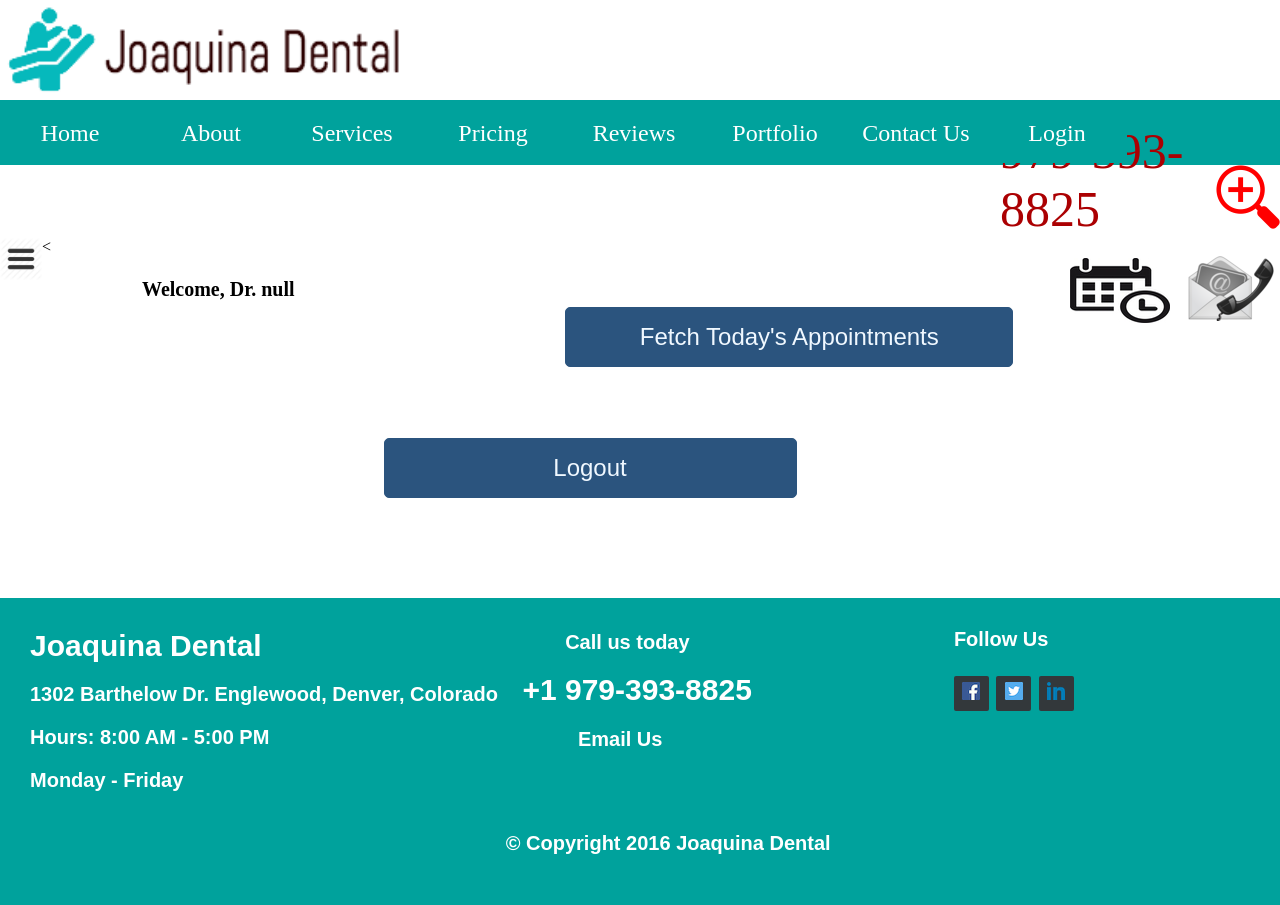
Repository: ManjushaBolishetty/test
Page: http://localhost/test/DentistHomePage.jsp
An editor plug-in stored every save of this project. The page is shown before and after the next save, followed by the edit.
The browser window is 1280 px wide. The pictures show the whole page.
The page is served by Tomcat 9. Other server files are loaded and not shown.

Above is the page before, as saved 2016-04-03 07:46:48.

### test/WebContent/DentistHomePage.jsp
<%@include file="header.jsp" %>
<%@ page import="java.io.*,java.util.*" %>
<%@ page import="javax.servlet.*,java.text.*" %>

<!DOCTYPE html PUBLIC "-//W3C//DTD HTML 4.01 Transitional//EN" "http://www.w3.org/TR/html4/loose.dtd">
<html>
<head>
    <meta http-equiv="Content-Type" content="text/html; charset=ISO-8859-1">
	<meta name="viewport" content="width=device-width, initial-scale=1">
<link href="CSS/ResponsiveForm.css" rel="stylesheet" type="text/css" />
    <<title>My Appointments</title>
</head>
<body>
<div class="Logindate">
<%
   Date date = new Date();
   out.print("<h4 align=\"left\">" +"Welcome, Dr. " + session.getAttribute("Dentist_Name") + "</h4>\n");
   /*  out.print("<h4 align=\"left\">" + date.toString() + "</h4>");*/
%>
</div>

<div class="appointment" align=center>
  <form action="HelloWorldServlet" method="post">
      <input type="submit" value="Fetch Today's Appointments" />
  </form>
</div>

<div class="Logoutbutton" align=left>
  <form action="Login" method="post">
      <input type="submit" value="Logout" />
  </form>
</div>
  <footer class="footer-distributed">
			<div class="footer-left">

				<h3>Joaquina Dental</h3>
				<p>1302 Barthelow Dr.
				Englewood, Denver, Colorado</p>
				<p >Hours: 8:00 AM - 5:00 PM</p>
				<p >Monday - Friday</p>
			</div>

			<div class="footer-center">

				<p class="callusToday">Call us today  </p><br/>
				<br/>
				<h3>+1 979-393-8825</h3><br/>
				<p class="emailUs">Email Us</p>
			</div>

			<div class="footer-right">

				<p>Follow Us</p>

				<div class="footer-icons">

					<a href="#"><i class="fa fa-facebook"></i></a>
					<a href="#"><i class="fa fa-twitter"></i></a>
					<a href="#"><i class="fa fa-linkedin"></i></a>

				</div>

			</div>
<p class="copyright" >&copy; Copyright 2016 Joaquina Dental</p>
		</footer>
</body>
</html>

### test/WebContent/header.jsp
<%@ page language="java" contentType="text/html; charset=UTF-8"
    pageEncoding="UTF-8"%>
<!DOCTYPE html>
<html>
<head>
<meta http-equiv="Content-Type" content="text/html; charset=UTF-8">
<meta name="viewport" content="width=device-width, initial-scale=1">
<link href="CSS/testeverything.css" rel="stylesheet" type="text/css" />
<style>

#zoom img {
    width: 5%;
    position: absolute;
    right: 0;
}
</style>
<title>Insert title here</title>
</head>

<body>
<div id="header">
	<img class="logoimage" src="Images/Drawing (4).png" alt="Joaquina Dental"></img>
	<span class="phonenumber">979-393-8825</span>
	<a href="#" class="scheduleanchor"><img class="Contact" src="Images/Contact_Us.png"></img></a>
	<a href="#" class="scheduleanchor"><img class="Calendar" src="Images/calendar.png"></img></a>
</div>

<div id="navmenu">
	<img class="iconimage" src="Images/collpased_menu.png"></img><label for="show-menu" class="show-menu iconlabel">Menu</label>
	<input type="checkbox" id="show-menu" role="button">

	<ul id="menu">
		  <li><a href="#">Home</a></li>
		  <li><a href="#">About</a></li>
		  <li>
		    	<a href="#">Services</a>
			    <ul class="dropdownContent">
			      <li><a href="#">Extraction</a></li>
			      <li><a href="#">Transplant</a></li>
			      <li><a href="#">Root Canal</a></li>
			      <li><a href="#">Cleaning</a></li>
			    </ul>
	  	   </li>
	  	   <li><a href="#">Pricing</a></li>
	  	   <li><a href="#">Reviews</a></li>
	  	   <li><a href="#">Portfolio</a></li>
	  	   <li><a href="#">Contact Us</a></li>
	  	   <li><a href="#">Login</a></li>
	</ul>
</div>
<div id="zoom" style="width:100%;height:0px">
	<a href="#" class=""><img class="zoom" src="Images/zoom.png"></img></a>
</div>
</body>
</html>

### test/WebContent/CSS/testeverything.css
body{
  border: 0;
  padding: 0;
  margin: 0;
  height: 100%;

}

#header{
	width:100%;
	height:100px;
  background-color:white;
}

#header h3{
	display:inline;
	width:auto;
	height:auto;
}
#header img{
	width:auto;
	float:left;
	padding-left:0px;
	height:100%;
}


.Contact{

	max-width:100%;
	height:auto;
	margin-left:10px;
	margin-top:18px;
}


.Calendar{

	max-width:100%;
	height:auto;
	margin-left:10px;
	margin-top:20px;
}

#header a{
	float:right;
	/*margin-right: 40px;*/
}
.logoSchedule{
	width:auto;
	float:left;
}

.logoContact{
	width:auto;
	float:right;
}

#navmenu{
	width:100%;
	height:65px;
	background:#00A29C;
}

ul {
	list-style-type:none;
	margin:0;
	padding:0;
	position: absolute;
}

/*Create a horizontal list with spacing*/
li {
	display:inline-block;
	float: left;
	margin-right: 1px;
}

/*Style for menu links*/
li a {
	display:block;
	min-width:140px;
	padding-top:20px;
	padding-bottom:16px;
	font-size:24px;
	text-align: center;
	font-family: 'Roboto Slab', serif;
	color: white;
	background: #00A29C;
	text-decoration: none;
}

.phonenumber{
    font-size: 50px;
    margin-left: 1000px;
    display: inline-block;
    margin-top: 22px;
    color: #ab0002;
    float:left;
}

/*Hover state for top level links*/
li:hover a {
	background: black;
}

/*Style for dropdown links*/
li:hover ul a {
	background: #e6ffff;
	color: blue;
}

/*Hover state for dropdown links*/
li:hover ul a:hover {
	background: #19c589;
	color: #fff;
}

/*Hide dropdown links until they are needed*/
li ul {
	display: none;
}

/*Make dropdown links vertical*/
li ul li {
	display: block;
	float: none;
}



/*Display the dropdown on hover*/
ul li a:hover + .dropdownContent, .dropdownContent:hover {
	display: block;
}

/*Responsive Styles*/

	.show-menu {
	font-family: "Helvetica Neue", Helvetica, Arial, sans-serif;
	text-decoration: none;
	color: #fff;
	background: #00A29C;
	text-align: center;
	padding: 10px 0;
	display: none;
}

.iconlabel{
	width:100%;
	height:auto;
	padding:1%;
}

.iconimage{
	float:left;
	height:42px;
}


.callusToday{
	padding-left:10%;
}
.emailUs{
	padding-left:13%;
}

/*Hide checkbox*/
input[type=checkbox]{
    display: none;
}

/*Show menu when invisible checkbox is checked*/
input[type=checkbox]:checked ~ #menu{
    display: block;
}

@media screen and (max-width : 832px){
	/*Make dropdown links appear inline*/
	ul {
		position: static;
		display: none;
	}

	/*Create vertical spacing*/
	li {
		margin-bottom: 1px;
	}
	/*Make all menu links full width*/
	ul li, li a {
		width: 100%;
	}
	.show-menu {
		display:block;
	}
	.imageHolder{
		display:none;
	}
	.iconlabel
	{
	padding-top:12px;
	float:left;
	width:auto;
	}
}



#Content{
	width:100%;
	height:600px;
	background:white;
}

.imageHolder{
	width:100%;
	height:400px;
	background-image: url("/BigHornDental/Images/appointment.jpg");
    background-repeat: no-repeat;
    background-size: contain;
    border: 1px solid black;
}


.login{
  width: 40%;
  font-family: lato;
  position: relative;
  color: white;
  border:1px solid blue;
  border-radius: 10px;
  background-color:blue;
  text-align:center;
}

.Logoutbutton{
	padding-right:100px;
}

.Logindate h4{
	float: left;
    font-size: 20px;
    display: block;
    line-height: 12px;
    text-align: left;
    padding-left:100px;
}


/*For Footer*/
footer{
padding-left:40px;
}

.footer-distributed{
	background-color: #00A29c;
	box-shadow: 0 1px 1px 0 rgba(0, 0, 0, 0.12);
	box-sizing: border-box;
	width: 100%;
	height:auto;
	text-align: left;
	font: bold 16px sans-serif;
	padding: 30px 30px;
	margin-top: 80px;
}

.footer-distributed .footer-left,
.footer-distributed .footer-center,
.footer-distributed .footer-right{
	display: inline-block;
	vertical-align: top;
}

/* Footer left */

.footer-distributed .footer-left{
	width: 40%;
}

 p{
	font-size:20px;
	color:white;
}

/* The company logo */

.footer-distributed h3{
	color:  white;
	margin: 0;
}


/* Footer links */

.footer-distributed .footer-links{
	color:  #ffffff;
	margin: 20px 0 12px;
	padding: 0;
}

.footer-distributed .footer-links a{
	display:inline-block;
	line-height: 1.8;
	text-decoration: none;
	color:  inherit;
}

.footer-distributed .footer-company-name{
	color:  #8f9296;
	font-size: 14px;
	font-weight: normal;
	margin: 0;
}

/* Footer Center */

.footer-center p{
	padding-top:3px;
}

.footer-right p{
	margin-top:0px;
}

.footer-distributed .footer-center{
	width: 35%;
}

.footer-distributed .footer-center i{
	background-color:  #33383b;
	color: #ffffff;
	font-size: 25px;
	width: 38px;
	height: 38px;
	border-radius: 50%;
	text-align: center;
	line-height: 42px;
	margin: 10px 15px;
	vertical-align: middle;
}

.footer-distributed .footer-center i.fa-envelope{
	font-size: 17px;
	line-height: 38px;
}

.footer-distributed .footer-center p{
	display: inline-block;
	color: #ffffff;
	vertical-align: middle;
	margin:0;
}

.footer-distributed .footer-center p span{
	display:block;
	font-weight: normal;
	font-size:14px;
	line-height:2;
}

.footer-distributed .footer-center p a{
	color:  white;
	text-decoration: none;;
}


/* Footer Right */

.footer-distributed .footer-right{
	width: 20%;
}

.footer-distributed .footer-company-about span{
	display: block;
	color:  black;
	font-size: 14px;
	font-weight: bold;
	margin-bottom: 20px;
}

.footer-distributed .footer-icons{
	margin-top: 25px;
}

.footer-distributed .footer-icons a{
	display: inline-block;
	width: 35px;
	height: 35px;
	cursor: pointer;
	background-color:  #33383b;
	border-radius: 2px;

	font-size: 20px;
	color: #ffffff;
	text-align: center;
	line-height: 35px;

	margin-right: 3px;
	margin-bottom: 5px;
}

.fa-twitter:before {
    content: url("../Images/twitter.png");
}
.fa-facebook:before {
    content: url("../Images/facebook.png");
}
.fa-linkedin:before {
    content: url("../Images/linkedin.png");
}

.fa-linkedin:before {
    content: url("../Images/linkedin.png");
}

.footer-left span{

}


.copyright{
	padding-left: 39%;
}

/* If you don't want the footer to be responsive, remove these media queries */

@media (max-width: 880px) {

	.footer-distributed{
		font: bold 14px sans-serif;
	}

	.footer-distributed .footer-left,
	.footer-distributed .footer-center,
	.footer-distributed .footer-right{
		display: block;
		width: 100%;
		margin-bottom: 40px;
		text-align: center;
	}

	.footer-distributed .footer-center i{
		margin-left: 0;
	}

}


/*Supports Iphone 5,6 and 6S-Plus*/

@media screen and (max-width : 440px){
	/*Make dropdown links appear inline*/
	#header img{
		width:80%;
	}

	.iconimage{
		height:100%;
		width:10%;
	}
	.iconlabel{
		font-size:30px;
	}
	.show-menu{
		font-size:30px;
	}

	#showOnMobile{
		display:block;
	}

	.Contact{
	width:80px;
	height:auto;
	margin-left:0px;
	margin-top:8px;
	}


.Calendar{

	width:80px;
	height:auto;
	margin-left:0px;
	margin-top:8px;
	}

.phonenumber{
	display:none;
	}

	.callusToday{
	padding-left:0%;
	}
	.emailUs{
		padding-left:0%;
	}

	.copyright{
		text-align:center;
		padding-left:0%;
		width:100%;
	}
}


@media screen and (max-width : 780px){
	.phonenumber{
		margin-left:70px;
	}
	.iconimage{
		height:65px;
	}
	.iconlabel{
		font-size:30px;
	}
	.callusToday{
		padding-left:0%;
		font-size:20px;
	}
	.emailUs{
		padding-left:0%;
	}
	.footer-left p{
		font-size:20px;
	}
	.footer-center p{
		font-size:20px;
	}
	.footer-right p{
		font-size:20px;
	}
	.copyright{
		text-align:center;
		padding-left:0%;
		width:100%;
	}

}

### test/WebContent/CSS/ResponsiveForm.css
* {
/* With these codes padding and border does not increase it's width and gives intuitive style.*/
box-sizing: border-box;
}

body {
	margin:0;
	padding:0;
	font-family: 'Roboto Slab', serif;
	width:100%;
}

#cover{
	width: 55%;
	margin: 30px 30% 10px 25%;
	padding:10px 0;
	border: 2px solid black;
	border-radius:10px;
}
form{
	width:70%;
	margin:4% 15%;
}
header {
    background-color: #00A29C;
    text-align: center;
    padding-top: 1px;
    padding-bottom: 8px;
    margin-top: -11px;
    margin-bottom: -8px;
    border-radius: 10px 10px 0 0;
    color: aliceblue;
    height: 100px;
    font-size: 24px;
}

h3{
	font-size: 30px;
	padding-top:1px;
}
#newuser{
	margin-right:10px;
}

label{
	font-size:24px;
}


/* Makes responsive fields. Sets size and field alignment.*/
input[type=text]{
	margin-bottom: 20px;
	margin-top: 10px;
	width:100%;
	padding: 15px;
	border-radius:5px;
	border:1px solid #7ac9b7;
	font-size:20px;
}
input[type=password]{
	margin-bottom: 20px;
	margin-top: 10px;
	width:100%;
	padding: 15px;
	border-radius:5px;
	border:1px solid #7ac9b7;
	font-size:20px;
}

input[type=radio]{
	margin-bottom: 20px;
	margin-top: 10px;
	padding: 15px;
	border-radius:5px;
	border:1px solid #7ac9b7;
	font-size:20px;
}

select{
	margin-bottom: 20px;
	margin-top: 10px;
	width:100%;
	height:25px;
	padding: 15px;
	border-radius:5px;
	border:1px solid #7ac9b7;
}

.datepicker{
	height:30px;
}

.result{
	color:blue;
}

input[type=submit]
{
	margin-bottom: 20px;
	width:50%;
	margin-left:25%;
	padding: 15px;
	border-radius:5px;
	border:1px solid #7ac9b7;
	background-color: #2b547e;
	border-color:#2b547e;
	color: aliceblue;
	font-size:24px;
	cursor:pointer;
}
#submit:hover
{
	background-color: blue;
}
textarea{
	width:100%;
	padding: 15px;
	margin-top: 10px;
	border:1px solid #7ac9b7;
	border-radius:5px;
	margin-bottom: 20px;
	resize:none;
}
input[type=text]:focus,textarea:focus {
	border-color: #4697e4;
}

@media screen and (max-width : 768px){
	h2{
		font-size:16px;
	}
	p{
		font-size:14px;
	}
	label{
		font-size:12px;
	}
	input[type=submit]{
		padding:5px;
	}
	input[type=text]{
		padding: 8px;
	}
	div#envelope{
		width: 80%;
		margin: 10px 30% 10px 11%;
	}
}

@media screen and (max-width : 415px){
	#cover{
	width: 95%;
	margin: 30px 30% 30px 2.5%;
	padding:10px 0;
	border: 2px solid black;
	border-radius:10px;
	}
	input[type=submit]{
		padding:4px;
		font-size:20px;
		white-space:normal;
	}
	input[type=text]{
		padding: 8px;
		font-size:20px;
	}

	input[type=password]{
		padding: 8px;
		font-size:20px;
	}
	label{
		font-size:22px;
	}
	h2{
		font-size:22px;
	}
	p{
		font-size:18px;
	}
	div#envelope{
		width: 80%;
		margin: 10px 30% 10px 11%;
	}

}

@media screen and (max-width : 768px){
	#cover{
	width: 90%;
	margin: 30px 30% 30px 5.5%;
	padding:10px 0;
	border: 2px solid black;
	border-radius:10px;
	}
	input[type=submit]{
		padding:4px;
		font-size:20px;
		white-space:normal;
	}
	input[type=text]{
		padding: 8px;
		font-size:20px;
	}

	input[type=password]{
		padding: 8px;
		font-size:20px;
	}
	label{
		font-size:22px;
	}
	h2{
		font-size:22px;
	}
	p{
		font-size:18px;
	}
	div#envelope{
		width: 80%;
		margin: 10px 30% 10px 11%;
	}

}

After the next save:
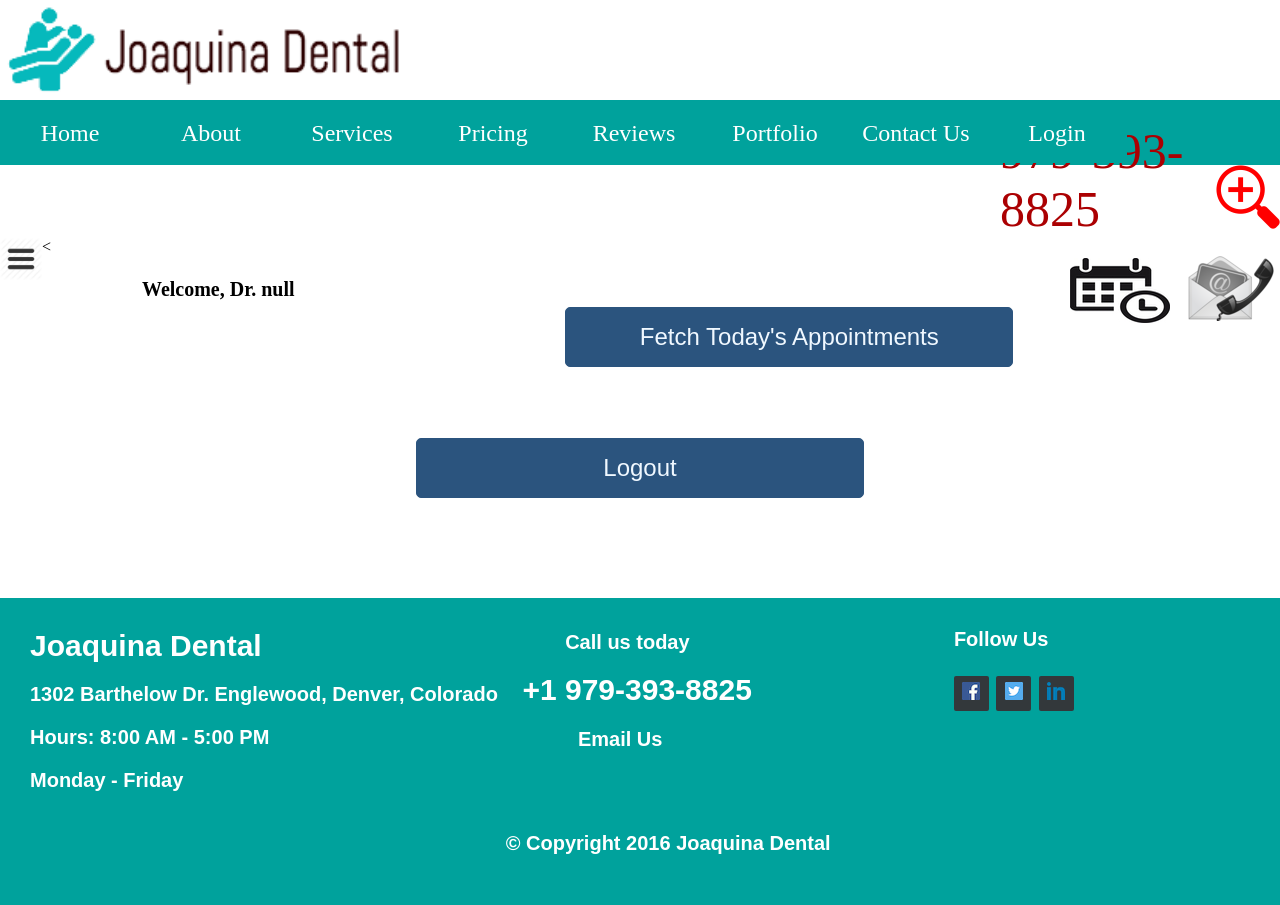
Saved 4 min 29 s later.
--- a/test/WebContent/CSS/testeverything.css
+++ b/test/WebContent/CSS/testeverything.css
@@ -233,8 +233,13 @@ input[type=checkbox]:checked ~ #menu{
   text-align:center;
 }
 
-.Logoutbutton{
+.Logoutbutton a{
+	float: left;
 	padding-right:100px;
+	font-size: 20px;
+    display: block;
+    line-height: 12px;
+    text-align: left;
 }
 
 .Logindate h4{
